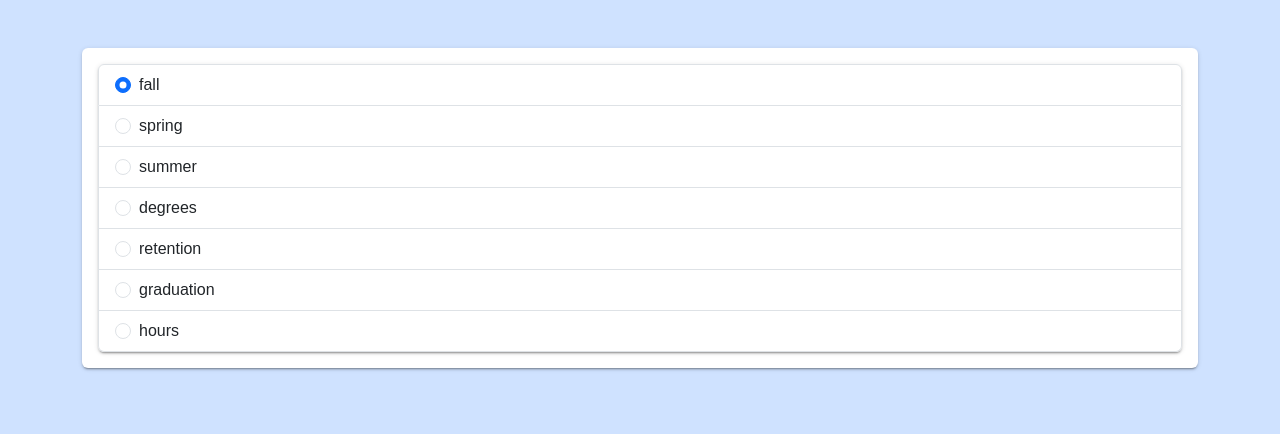
Repository: chancellor-w-whitaker/trying-context
Page: /
These files come from the project's save history. The page is drawn as it stood at one moment and after the next save; the edit follows.
The browser window is 1280 px wide. The pictures show the whole page.
The page's requests for data from a server got no answer. Some web fonts or font styles are not loaded; a fallback is used. The project was rebuilt for these pictures with package versions that can differ from the ones it lists, and the page was loaded fresh each time. No one was signed in, and anything a server would have sent is missing. Also part of the build but not shown: vite.config.js.

Above is the page before, as saved 2024-01-14 14:40:31.

### src/main.jsx
// Bootstrap Bundle JS
import "bootstrap/dist/js/bootstrap.bundle.min";
// Bootstrap CSS
import "bootstrap/dist/css/bootstrap.min.css";
import ReactDOM from "react-dom/client";
import React from "react";

import { AppContextProvider } from "./AppContextProvider.jsx";
import App from "./App.jsx";
import "./index.css";

ReactDOM.createRoot(document.getElementById("root")).render(
  <React.StrictMode>
    <AppContextProvider>
      <App />
    </AppContextProvider>
  </React.StrictMode>
);

### src/AppContextProvider.jsx
import { startTransition, useCallback, useState } from "react";

import { comparePreviousColumnFilters } from "./functions/comparePreviousColumnFilters";
import { returnColsWithValuesAndType } from "./functions/returnColsWithValuesAndType";
import { buildRelevantColumnFilters } from "./functions/buildRelevantColumnFilters";
import { AppContext } from "./contexts/AppContext";
import { fileNames } from "./constants/fileNames";
import { useJSON } from "./hooks/useJSON";

export const AppContextProvider = ({ children }) => {
  const value = useProvideGlobally();

  return <AppContext.Provider value={value}>{children}</AppContext.Provider>;
};

const useProvideGlobally = () => {
  const [fileName, setFileName] = useState(fileNames[0]);
  const [columnFilters, setColumnFilters] = useState({});

  const onFileChange = useCallback(
    (e) => startTransition(() => setFileName(e.target.value)),
    [setFileName]
  );

  const onColumnFilterChange = useCallback(
    ({ target: { name: field, value } }) =>
      setColumnFilters((previousState) => {
        // destructure top object (looks like { field1: {}, field2: {}, ... })
        const nextState = { ...previousState };
        // destructure field object (looks like { checklist: {}, relevant })
        nextState[field] = { ...nextState[field] };
        // destructure checklist (looks like { value1: {}, value2: {}, ... })
        nextState[field].checklist = { ...nextState[field].checklist };

        const { relevant, checked } = nextState[field].checklist[value];
        // create new object for value and flip checked state
        nextState[field].checklist[value] = { checked: !checked, relevant };

        return nextState;
      }),
    []
  );

  const onBeforeEnd = useCallback((json, setResult) => {
    const columns = returnColsWithValuesAndType(json);

    setColumnFilters((previousColumnFilters) => {
      const relevantColumnFilters = buildRelevantColumnFilters(columns);

      comparePreviousColumnFilters(
        previousColumnFilters,
        relevantColumnFilters
      );

      return relevantColumnFilters;
    });

    // object that maps key (field) to checklist
    // checklist: { type, list }
    // field (string)
    // type (string) ("checkbox" or "radio")
    // list: [{}, {}, {}] (or what about an object that maps value to item state? that might solve indexing issues deriving from managing arrays in state)
    // list element: { value, checked, disabled (or relevant, or just something to describe relevance to dataset) }

    // in the future, may need something to describe relevance to filtered dataset
    // remember, this operation doesn't have to be run until you close (or maybe even open) a checklist
    // and what about sorting a list by relevance when opening a checklist? should this be a stateful or visual operation?
    // making it stateful would probably make updating the state of the item easier because the item's index in the list wouldn't change

    setResult(json);
  }, []);

  const data = useJSON(`data/${fileName}.json`, onBeforeEnd);

  return {
    onColumnFilterChange,
    columnFilters,
    onFileChange,
    fileName,
    data,
  };
};

### src/App.jsx
import {
  DropdownButton,
  ListGroupItem,
  DropdownMenu,
  ListGroup,
  Dropdown,
} from "./components/Dropd";
import { useBodyBgVariant } from "./hooks/useBodyBgVariant";
import { useAppContext } from "./hooks/useAppContext";
import { toTitleCase } from "./functions/toTitleCase";
import { Container } from "./components/Container";
import { fileNames } from "./constants/fileNames";
import "./App.css";

const App = () => {
  useBodyBgVariant("primary-subtle");

  const { onColumnFilterChange, columnFilters, onFileChange, fileName } =
    useAppContext();

  return (
    <>
      <Container>
        <div className="d-flex flex-column gap-4">
          <ListGroup className="shadow-sm">
            {fileNames.map((thisFileName) => (
              <ListGroupItem
                checked={thisFileName === fileName}
                onChange={onFileChange}
                value={thisFileName}
                key={thisFileName}
                type="radio"
                name="file"
              >
                {thisFileName}
              </ListGroupItem>
            ))}
          </ListGroup>
          {/* <div className="d-flex flex-wrap gap-3"> */}
          {Object.entries(columnFilters).map(
            ([field, { relevant: fieldRelevance, checklist }]) => (
              <Dropdown key={field}>
                <DropdownButton
                  data-bs-auto-close="outside"
                  className="shadow-sm"
                  variant="light"
                >
                  {toTitleCase(field)}
                </DropdownButton>
                <DropdownMenu className="py-0 border-0">
                  <ListGroup className="border shadow-sm">
                    {Object.entries(checklist).map(
                      ([value, { relevant: valueRelevance, checked }]) => (
                        <ListGroupItem
                          className={`border-0${
                            valueRelevance ? "" : " opacity-50"
                          }`}
                          onChange={onColumnFilterChange}
                          checked={checked}
                          type="checkbox"
                          value={value}
                          name={field}
                          key={value}
                        >
                          {value}
                        </ListGroupItem>
                      )
                    )}
                  </ListGroup>
                </DropdownMenu>
              </Dropdown>
            )
          )}

          {/* {Object.entries(columnFilters).map(
              ([field, { relevant: fieldRelevance, checklist }]) => (
                <Dropdown
                  menuContent={
                    <>
                      {Object.entries(checklist).map(
                        ([value, { relevant: valueRelevance, checked }]) => (
                          <DropdownItemParent
                            className={checked ? "active" : ""}
                            onClick={onColumnFilterItemClick}
                            disabled={!valueRelevance}
                            field={field}
                            value={value}
                            key={value}
                          >
                            {value}
                          </DropdownItemParent>
                        )
                      )}
                    </>
                  }
                  trigger={
                    <DropdownTrigger
                      data-bs-auto-close="outside"
                      className="shadow-sm w-100"
                      disabled={!fieldRelevance}
                    >
                      {toTitleCase(field)}
                    </DropdownTrigger>
                  }
                  className="col"
                  key={field}
                ></Dropdown>
              )
            )} */}
          {/* </div> */}
        </div>
      </Container>
    </>
  );
};

export default App;

### src/index.css
@import url("https://fonts.cdnfonts.com/css/poppins");

:root,
[data-bs-theme="light"] {
  --bs-font-sans-serif: "Poppins", sans-serif;

  --bs-box-shadow: 0px 3px 3px -2px rgba(0, 0, 0, 0.2),
    0px 3px 4px 0px rgba(0, 0, 0, 0.14), 0px 1px 8px 0px rgba(0, 0, 0, 0.12);
  --bs-box-shadow-sm: 0px 3px 1px -2px rgba(0, 0, 0, 0.2),
    0px 2px 2px 0px rgba(0, 0, 0, 0.14), 0px 1px 5px 0px rgba(0, 0, 0, 0.12);
  --bs-box-shadow-lg: 0px 2px 4px -1px rgba(0, 0, 0, 0.2),
    0px 4px 5px 0px rgba(0, 0, 0, 0.14), 0px 1px 10px 0px rgba(0, 0, 0, 0.12);
}

body {
  overflow-y: scroll;
}

### src/functions/comparePreviousColumnFilters.js
export const comparePreviousColumnFilters = (previousState, nextState) => {
  Object.entries(previousState).forEach(([field, { checklist }]) => {
    if (!(field in nextState)) {
      nextState[field] = {
        checklist: Object.fromEntries(
          Object.entries(checklist).map(([value, { checked }]) => [
            value,
            { relevant: false, checked },
          ])
        ),
        relevant: false,
      };
    } else {
      Object.entries(checklist).forEach(([value, { checked }]) => {
        const nextChecklist = nextState[field].checklist;

        if (value in nextChecklist) {
          nextChecklist[value].checked = checked;
        } else {
          nextChecklist[value] = { relevant: false, checked };
        }
      });
    }
  });
};

### src/functions/returnColsWithValuesAndType.js
const loopDataAndDeriveColProperties = (data) => {
  const fieldToColumn = {};

  data.forEach((row) => {
    Object.keys(row).forEach((field) => {
      if (!(field in fieldToColumn)) {
        fieldToColumn[field] = { values: new Set(), types: {} };
      }

      const { values, types } = fieldToColumn[field];

      const value = row[field];
      values.add(value);

      const type = typeof value;
      if (!(type in types)) types[type] = 0;
      types[type] += 1;
    });
  });

  return fieldToColumn;
};

export const returnColsWithValuesAndType = (data) => {
  const fieldToColumn = loopDataAndDeriveColProperties(data);

  return Object.entries(fieldToColumn).map(([field, { values, types }]) => ({
    type: Object.entries(types)
      .sort((arrA, arrB) => arrB[1] - arrA[1])
      .find(([type]) => type === "string" || type === "number")[0],
    values: [...values].sort(),
    field,
  }));
};

### src/functions/buildRelevantColumnFilters.js
export const buildRelevantColumnFilters = (columns) => {
  return Object.fromEntries(
    columns
      .filter(({ type }) => type === "string")
      .map(({ values, field }) => [
        field,
        {
          checklist: Object.fromEntries(
            values.map((value) => [value, { relevant: true, checked: true }])
          ),
          relevant: true,
        },
      ])
  );
};

### src/constants/fileNames.js
export const fileNames = [
  "fall",
  "spring",
  "summer",
  "degrees",
  "retention",
  "graduation",
  "hours",
];

### src/hooks/useJSON.jsx
import { useEffect } from "react";
import { useState } from "react";

export const useJSON = (url, onBeforeEnd) => {
  const [result, setResult] = useState(null);

  useEffect(() => {
    if (url) {
      let ignore = false;

      fetch(url)
        .then((response) => response.json())
        .then((json) => {
          if (!ignore) {
            typeof onBeforeEnd === "function"
              ? onBeforeEnd(json, setResult)
              : setResult(json);
          }
        });

      return () => {
        ignore = true;
      };
    }
  }, [url, onBeforeEnd]);

  return result;
};

### src/components/Dropd.jsx
import { memo } from "react";

export const Dropdown = ({ className = "", ...rest }) => {
  return (
    <>
      <div className={`dropdown ${className}`.trimEnd()} {...rest}></div>
    </>
  );
};

export const DropdownButton = ({
  variant = "secondary",
  className = "",
  ...rest
}) => {
  return (
    <>
      <button
        className={`btn btn-${variant} dropdown-toggle ${className}`.trimEnd()}
        {...rest}
        data-bs-toggle="dropdown"
        aria-expanded="false"
        type="button"
      ></button>
    </>
  );
};

export const DropdownMenu = ({ className = "", ...rest }) => {
  return (
    <>
      <ul className={`dropdown-menu ${className}`.trimEnd()} {...rest}></ul>
    </>
  );
};

export const ListGroup = ({ className = "", ...rest }) => {
  return (
    <>
      <div className={`list-group ${className}`.trimEnd()} {...rest}></div>
    </>
  );
};

export const ListGroupItem = memo(
  ({
    type = "checkbox",
    className = "",
    onChange,
    children,
    checked,
    value,
    name,
  }) => {
    return (
      <>
        <label
          className={`list-group-item d-flex gap-2 ${className}`.trimEnd()}
        >
          <input
            className="form-check-input flex-shrink-0"
            {...{ onChange, checked, value, type, name }}
          />
          <span>{children}</span>
        </label>
      </>
    );
  }
);

ListGroupItem.displayName = "ListGroupItem";

### src/hooks/useBodyBgVariant.jsx
import { useEffect } from "react";

export const useBodyBgVariant = (variant) => {
  useEffect(() => {
    document.body.classList.add(`bg-${variant}`);

    return () => {
      document.body.classList.remove(`bg-${variant}`);
    };
  }, [variant]);
};

### src/hooks/useAppContext.jsx
import { useContext } from "react";

import { AppContext } from "../contexts/AppContext";

export const useAppContext = () => useContext(AppContext);

### src/functions/toTitleCase.js
import { Str } from "@supercharge/strings";

export const toTitleCase = (string) => Str(string).pascal().words().join(" ");

### src/components/Container.jsx
export const Container = ({ children }) => {
  return (
    <>
      <main className="container">
        <div className="my-3 p-3 bg-body rounded shadow-sm">{children}</div>
      </main>
    </>
  );
};

### src/components/ListComps.jsx
import { memo } from "react";

export const Dropdown = ({ className = "", ...rest }) => {
  return (
    <>
      <div className={`dropdown ${className}`.trimEnd()} {...rest}></div>
    </>
  );
};

export const DropdownButton = ({
  variant = "secondary",
  className = "",
  ...rest
}) => {
  return (
    <>
      <button
        className={`btn btn-${variant} dropdown-toggle ${className}`.trimEnd()}
        {...rest}
        data-bs-toggle="dropdown"
        aria-expanded="false"
        type="button"
      ></button>
    </>
  );
};

export const DropdownMenu = ({ className = "", ...rest }) => {
  return (
    <>
      <ul className={`dropdown-menu ${className}`.trimEnd()} {...rest}></ul>
    </>
  );
};

export const ListGroup = ({ className = "", ...rest }) => {
  return (
    <>
      <div className={`list-group ${className}`.trimEnd()} {...rest}></div>
    </>
  );
};

export const ListGroupItem = memo(
  ({
    type = "checkbox",
    className = "",
    onChange,
    children,
    checked,
    value,
    name,
  }) => {
    return (
      <>
        <label
          className={`list-group-item d-flex gap-2 ${className}`.trimEnd()}
        >
          <input
            className="form-check-input flex-shrink-0"
            {...{ onChange, checked, value, type, name }}
          />
          <span>{children}</span>
        </label>
      </>
    );
  }
);

ListGroupItem.displayName = "ListGroupItem";

Loaded but not shown: index.html (common file); src/contexts/AppContext.jsx (common file); src/App.css (common file)

After the next save:
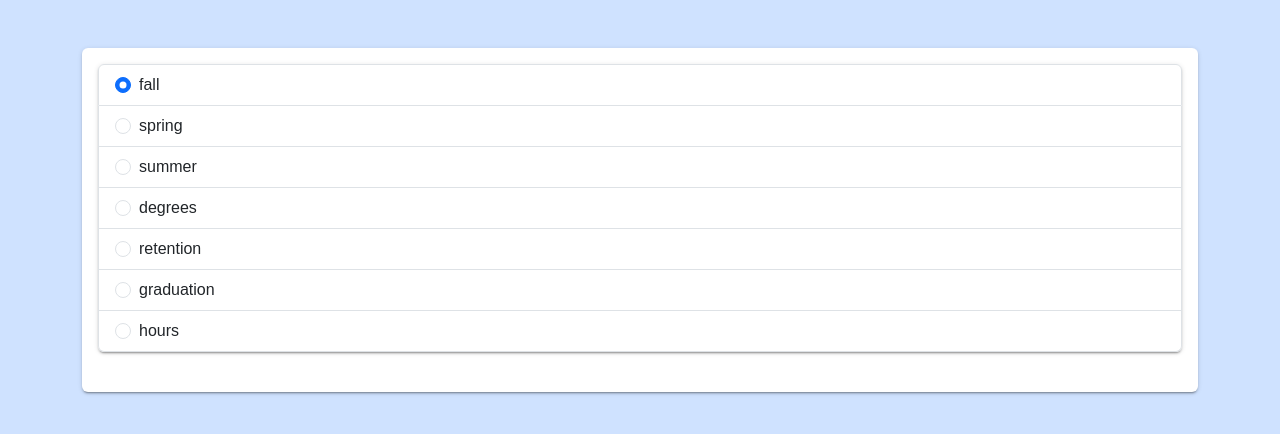
Saved 93 s later.
--- a/src/App.jsx
+++ b/src/App.jsx
@@ -4,7 +4,7 @@ import {
   DropdownMenu,
   ListGroup,
   Dropdown,
-} from "./components/Dropd";
+} from "./components/ListComps";
 import { useBodyBgVariant } from "./hooks/useBodyBgVariant";
 import { useAppContext } from "./hooks/useAppContext";
 import { toTitleCase } from "./functions/toTitleCase";
@@ -36,7 +36,7 @@ const App = () => {
               </ListGroupItem>
             ))}
           </ListGroup>
-          {/* <div className="d-flex flex-wrap gap-3"> */}
+          <div></div>
           {Object.entries(columnFilters).map(
             ([field, { relevant: fieldRelevance, checklist }]) => (
               <Dropdown key={field}>
@@ -71,43 +71,6 @@ const App = () => {
               </Dropdown>
             )
           )}
-
-          {/* {Object.entries(columnFilters).map(
-              ([field, { relevant: fieldRelevance, checklist }]) => (
-                <Dropdown
-                  menuContent={
-                    <>
-                      {Object.entries(checklist).map(
-                        ([value, { relevant: valueRelevance, checked }]) => (
-                          <DropdownItemParent
-                            className={checked ? "active" : ""}
-                            onClick={onColumnFilterItemClick}
-                            disabled={!valueRelevance}
-                            field={field}
-                            value={value}
-                            key={value}
-                          >
-                            {value}
-                          </DropdownItemParent>
-                        )
-                      )}
-                    </>
-                  }
-                  trigger={
-                    <DropdownTrigger
-                      data-bs-auto-close="outside"
-                      className="shadow-sm w-100"
-                      disabled={!fieldRelevance}
-                    >
-                      {toTitleCase(field)}
-                    </DropdownTrigger>
-                  }
-                  className="col"
-                  key={field}
-                ></Dropdown>
-              )
-            )} */}
-          {/* </div> */}
         </div>
       </Container>
     </>
